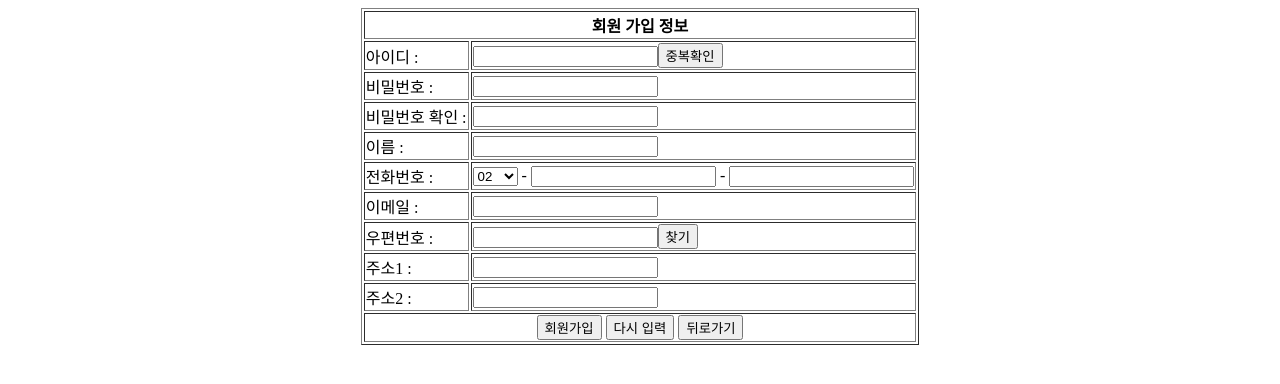
Repository: kdh3543/kh_SpringFramework
Page: http://localhost/Spring_04_Board/WEB-INF/views/member/join.jsp
An editor plug-in stored every save of this project. The page is shown before and after the next save, followed by the edit.
The browser window is 1280 px wide. The pictures show the whole page.
The page is served by Tomcat 9. Nobody is signed in. Other server files are loaded and not shown. The template is opened directly, without the code that normally fills it, so the values that code supplies are empty.

Above is the page before, as saved 2021-12-29 03:10:56.

### Spring_04_Board/src/main/webapp/WEB-INF/views/member/join.jsp
<%@ page language="java" contentType="text/html; charset=UTF-8" pageEncoding="UTF-8" %>
	<%@ taglib prefix="c" uri="http://java.sun.com/jsp/jstl/core" %>
		<!DOCTYPE html>
		<html>

		<head>
			<meta charset="UTF-8">
			<title>join</title>
			<script src="https://code.jquery.com/jquery-3.6.0.js"></script>
		</head>

		<body>
			<form action="/signupProc/mem" method=post id=frm>
				<table border="1" align=center>
					<tr>
						<th colspan=2 align=center>회원 가입 정보
					</tr>
					<tr>
						<td class=title>아이디 :
						<td><input type=text id=id name=id><input type=button value=중복확인 id=check><span
								id=checkResult></span>
					</tr>
					<tr>
						<td class=title>비밀번호 :
						<td><input type=password id=pwd name=pwd>
					</tr>
					<tr>
						<td class=title>비밀번호 확인 :
						<td><input type=password id=repwd>
							<span id=result></span>
					</tr>
					<tr>
						<td class=title>이름 :
						<td><input type=text id=name name=name>
					</tr>
					<tr>
						<td class=title>전화번호 :
						<td>
							<select id=select name=select>
								<option>02
								<option>055
								<option>010
								<option>080
							</select>
							- <input type=text id=num1 name=num1> - <input type=text id=num2 name=num2>
						</td>
					</tr>
					<tr>
						<td class=title>이메일 :
						<td><input type=text id=email name=email>
					</tr>
					<tr>
						<td class=title>우편번호 :
						<td><input type=text id=postcode name=postcode><input type=button value=찾기 id=search>
					</tr>
					<tr>
						<td class=title>주소1 :
						<td><input type=text id=adrs1 name=adrs1>
					</tr>
					<tr>
						<td class=title>주소2 :
						<td><input type=text id=adrs2 name=adrs2>
					</tr>

					<tr>
						<td colspan=2 align=center>
							<button type=submit>회원가입</button> <button type="reset">다시 입력</button> <a href="/"><button
									type=button>뒤로가기</button></a>
					</tr>
				</table>
			</form>
			<script>
				let frm = $("#frm");
				let id = $("#id");
				let pw = $("#pwd");
				let repw = $("#repwd");
				let checkResult = $("#checkResult");
				let check = $("#check");

				$(function(){
					$("#id").on("blur",function(){
						$.ajax({
							url:"/member/idDuplCheck",
							data:{id:$("#id").val()}
						}).done(function(resp){
							if(resp == "true"){
								$("#checkResult").css("color","pink");
								$("#checkResult").text($("#id").val() + "는 이미 사용중인 ID 입니다.");
								$("#id").val("");
								$("#id").focus();
							}else{
								$("#checkResult").css("color","dodgerblue");
								$("#checkResult").text("사용 가능한 ID 입니다.");
							}
						});
					});
				})

				frm.on("submit", function () {
					let idRegex = /[a-z][a-z0-9]{5,10}/g;
					let idResult = idRegex.test(id.val());
					if (!idResult) {
						alert("아이디를 제대로 입력해주세요.\n아이디는 6자리 이상 11자리 이하로 입력하셔야 하며\n첫자리는 숫자 입력을 하시거나 공백이 올 수 없습니다.");

						id.val("");
						id.focus();
						return false;
					}

					let pwRegex = /[a-z0-9]{4}/;
					let pwResult = pwRegex.test(pw2.val());
					if (!pwResult) {
						alert("패스워드는 4자리 이상 입력해주세요.");
						pw1.val("");
						pw2.val("");
						pw1.focus();
						return false;
					}

					let nameRegex = /[가-힣a-z]{2,5}/g;
					let nameResult = nameRegex.test(name.val());
					if (!nameResult) {
						alert("이름을 제대로 입력해주세요.");
						name.val("");
						name.focus();
						return false;
					}
        })

			</script>
		</body>

		</html>

After the next save:
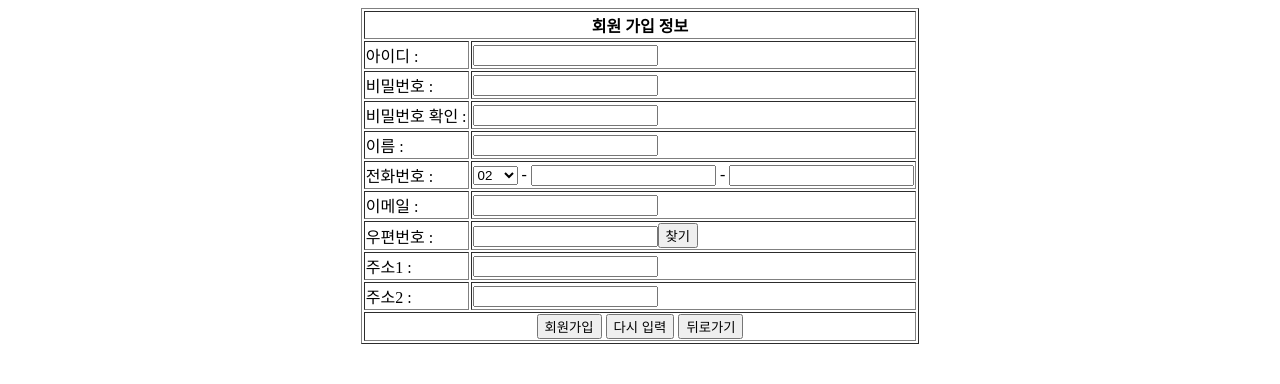
Saved 108 s later.
--- a/Spring_04_Board/src/main/webapp/WEB-INF/views/member/join.jsp
+++ b/Spring_04_Board/src/main/webapp/WEB-INF/views/member/join.jsp
@@ -17,8 +17,7 @@
 					</tr>
 					<tr>
 						<td class=title>아이디 :
-						<td><input type=text id=id name=id><input type=button value=중복확인 id=check><span
-								id=checkResult></span>
+						<td><input type=text id=id name=id></span>
 					</tr>
 					<tr>
 						<td class=title>비밀번호 :
